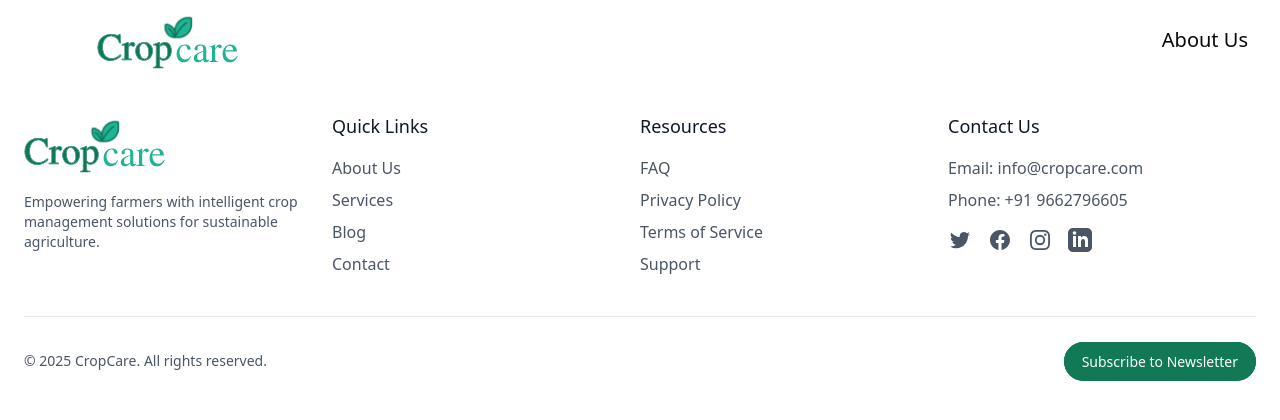
Repository: VishwaaBhavsar/Cropcare
Page: /services
These files come from the project's save history. The page is drawn as it stood at one moment and after the next save; the edit follows.
The browser window is 1280 px wide. The pictures show the whole page.
The project was rebuilt for these pictures with package versions that can differ from the ones it lists, and the page was loaded fresh each time. The framework's server and built-in components were replaced by stand-ins that run in the browser. Also part of the build but not shown: next.config.mjs, src/components/HeroNav.jsx, src/pages/Hero.jsx.

Above is the page before, as saved 2025-04-19 21:42:38.

After the next save:
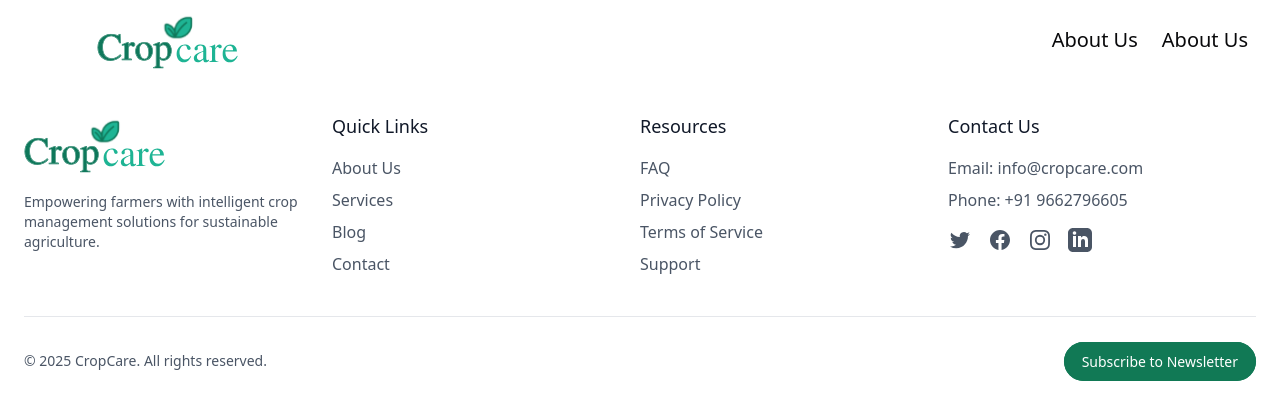
Saved 6 min 32 s later.
--- a/src/components/Navbar.jsx
+++ b/src/components/Navbar.jsx
@@ -5,6 +5,7 @@ const Navbar = () => {
                     <Link href='/'><img src={'/logo.svg'} className="h-16 bg-transparent ml-[6vw]"/></Link>
                     <div>
                         <Link href='/about' className="text-xl font-medium mx-3">About Us</Link>
+                        <Link href='/about' className="text-xl font-medium mx-3">About Us</Link>
 
                     </div>
                 </div>
